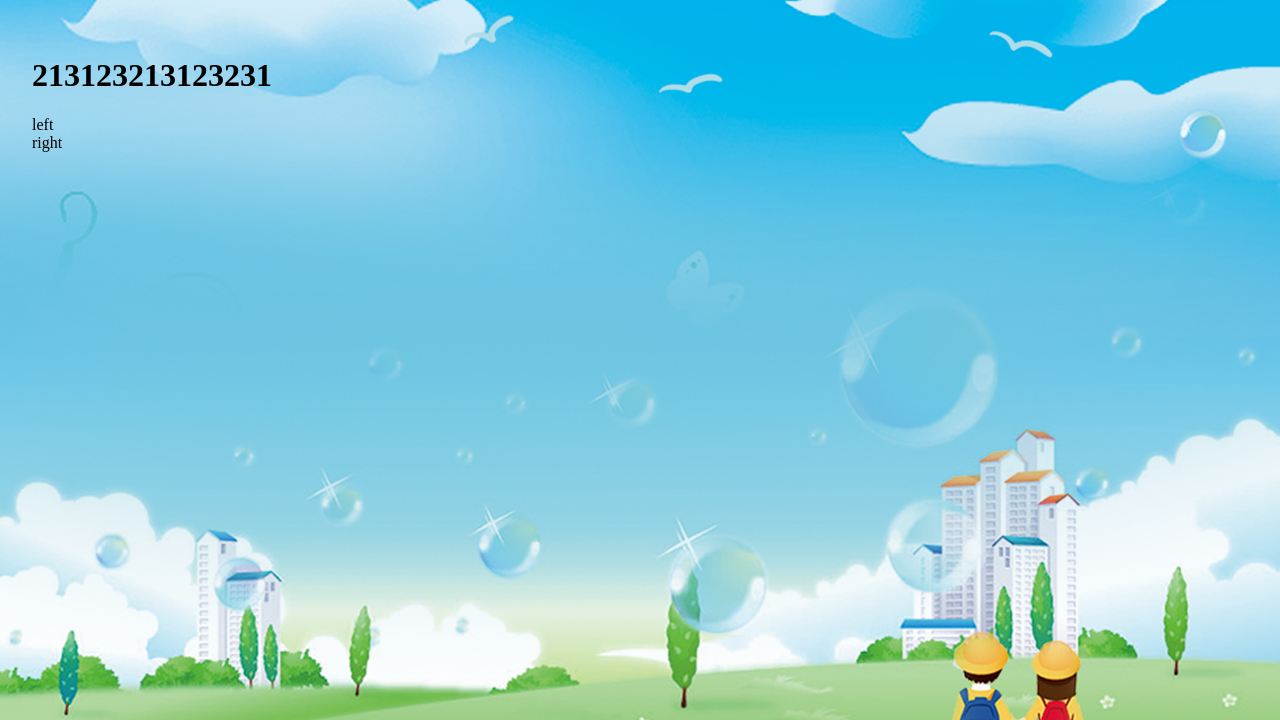
Repository: huangdesheng/classBrand
Page: / (app in classBrand/)
These files come from the project's save history. The page is drawn as it stood at one moment and after the next save; the edit follows.
The browser window is 1280 px wide. The pictures show the whole page.
The project was rebuilt for these pictures with package versions that can differ from the ones it lists, and the page was loaded fresh each time.

Above is the page before, as saved 2019-08-23 09:46:10.

After the next save:
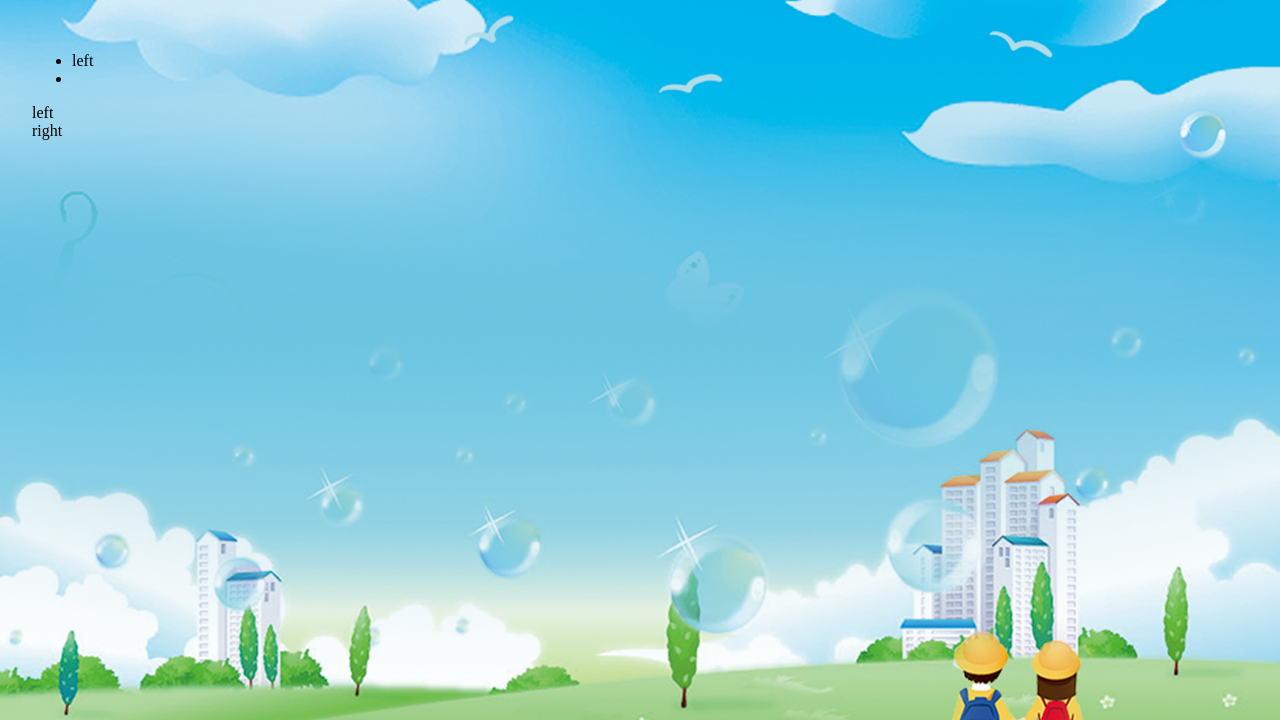
Saved 47 s later.
--- a/classBrand/src/views/index/index.vue
+++ b/classBrand/src/views/index/index.vue
@@ -1,7 +1,10 @@
 <template>
   <div id="index">
     <header>
-      <h1>213123213123231</h1>
+      <ul>
+        <li>left</li>
+        <li></li>
+      </ul>
     </header>
     <section>
       <aside>left</aside>
